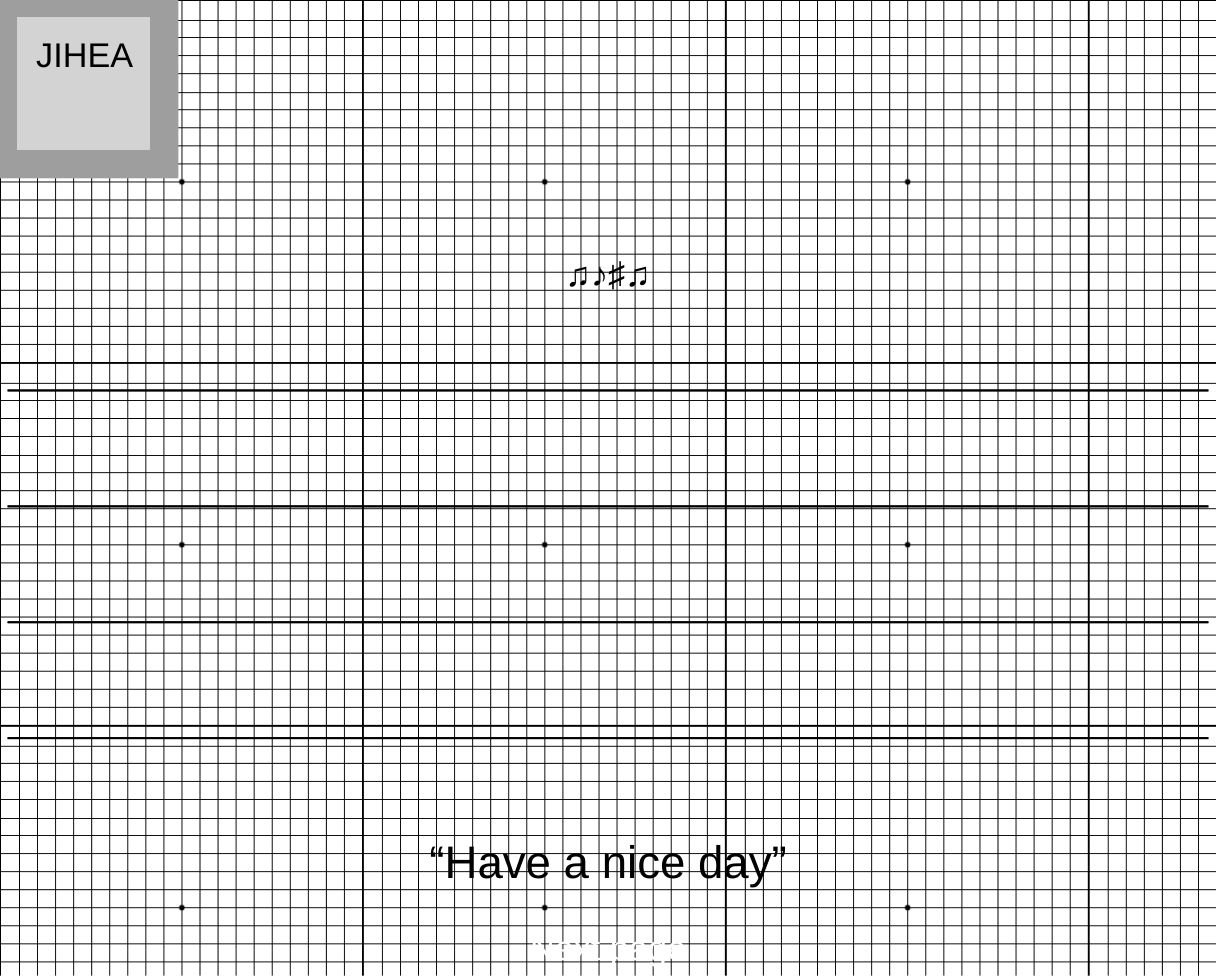
Repository: jangj879/jangj879.github.io
Page: 2_page.html
The author's editor kept a record of every edit. The page is drawn from the files as they stood at one moment, then again after the next edit.
The browser window is 1280 px wide. The pictures show the whole page, at 95% of full size.
Pictures or frames that could not be fetched are drawn as grey boxes.

Above is the page before.

### 2_page.html
<!DOCTYPE html>
<html>
<header>
    <link href="style2.css" rel="stylesheet">

<head>
<style>
div {
    width: 100px;
    height: 100px;
    background: black;
    position: relative;
    -webkit-animation: mymove 5s infinite; /* Chrome, Safari, Opera */
    animation: mymove 5s infinite;
}

/* Chrome, Safari, Opera */
@-webkit-keyframes mymove {
    from {left: 0px;}
    to {left: 200px;}
}

@keyframes mymove {
    from {left: 0px;}
    to {left: 200px;}
}
</style>

<style>
div {
    background-color: lightgrey;
    border: 30px solid transparent;
    border-image: url('border.png');
    border-image-slice: 40;
    border-image-outset: 20px;
}
</style>
</head>
<body>

<div>JIHEA</div>

</body>




    <P>&#9835;&#9834;&#9839;&#9835;</P>

    <hr color="#000000"></hr>
    <br></br>
    <hr color="#000000"></hr>
    <br></br>
    <hr color="#000000"></hr>
    <br></br>
    <hr color="#000000"></hr>

    <br>
    </br>

    <font size="17">&#8220;Have a nice day&#8221;</font>

    <br></br>

    <a href="3_page">Next page</a>

	<head>
		<title>"Jihea's page"</title>
        </style>


    </html>

### style2.css
body {
    background-image: url("amsler-grid.gif");;
    color: black;
    font-size: 36px;
    font-family: Helvetica, Arial, sans-serif;
    text-align: center;
}


p {
    margin: 100px;
}

.paragraph2 {
    color: #5ef645;
}

.one {
    width: 200px;
    height: 200px;
    background-color: yellow;
    position: fixed;
    bottom: 20px;
    right: 100px;
    border-radius: 100px;
    border: solid red 10px
}

.one:hover {
    background-color: lime;
}

a:link {
    color: white;
    text-decoration: none;
}

a:hover {
    color: red;
}

After the next edit:
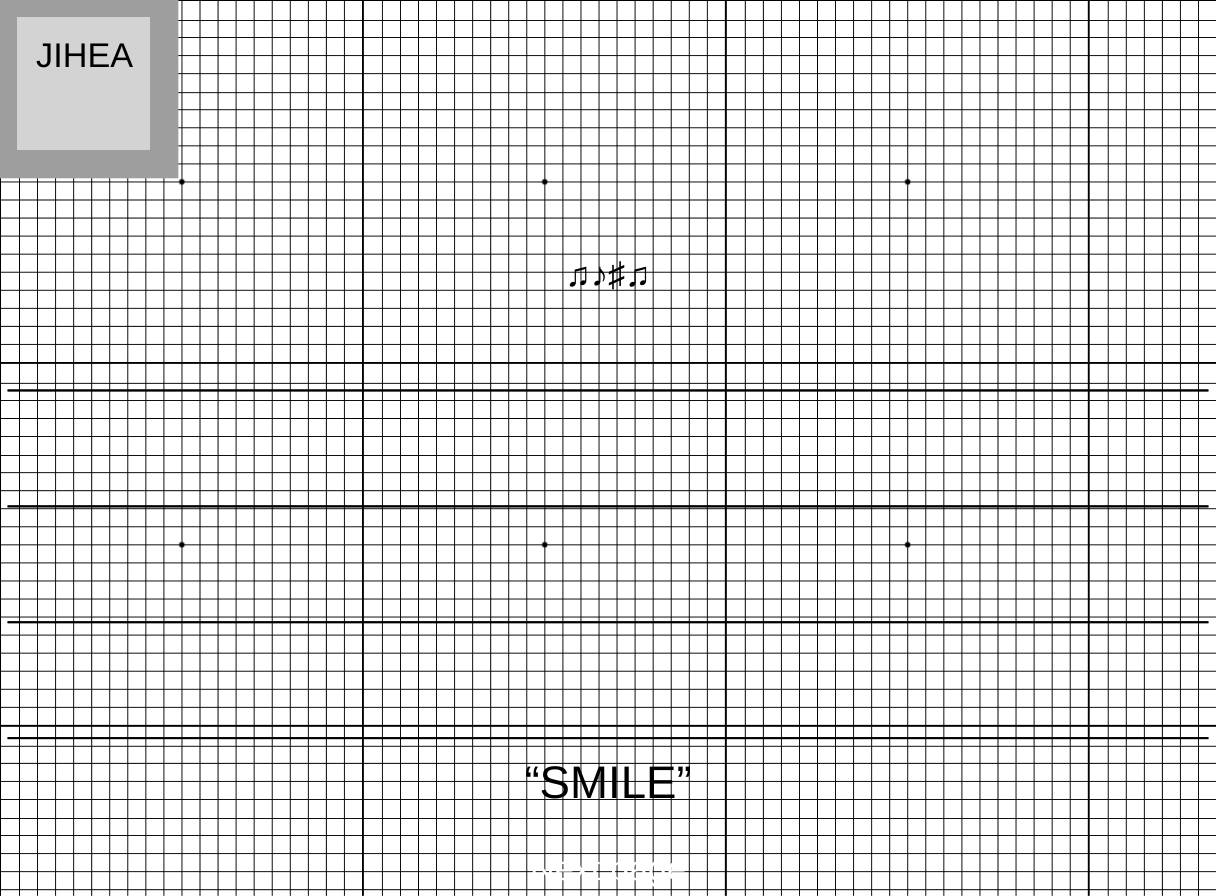
The edit:
--- a/2_page.html
+++ b/2_page.html
@@ -55,10 +55,8 @@
     <br></br>
     <hr color="#000000"></hr>
 
-    <br>
-    </br>
 
-    <font size="17">&#8220;Have a nice day&#8221;</font>
+    <font size="17">&#8220;SMILE&#8221;</font>
 
     <br></br>
 
